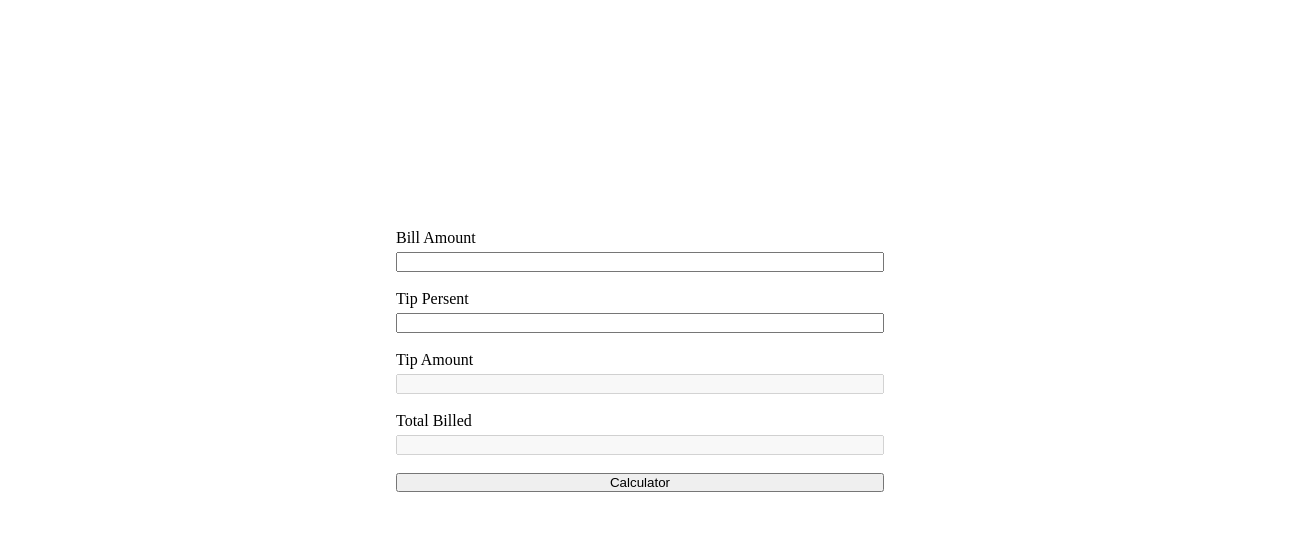
Repository: ZainAkbar51214/Tip-Calculator
Page: index.html
These files come from the project's save history. The page is drawn as it stood at one moment and after the next save; the edit follows.
The browser window is 1280 px wide. The page is 1300 px wide, so the pictures cover 1300 px, including what lies to the right of the window. The pictures show the whole page.
The style sheet was rebuilt from its Sass, Less or Tailwind sources for each picture, by a compiler version that may differ from the author's.

Above is the page before, as saved 2024-03-25 10:06:06.

After the next save:
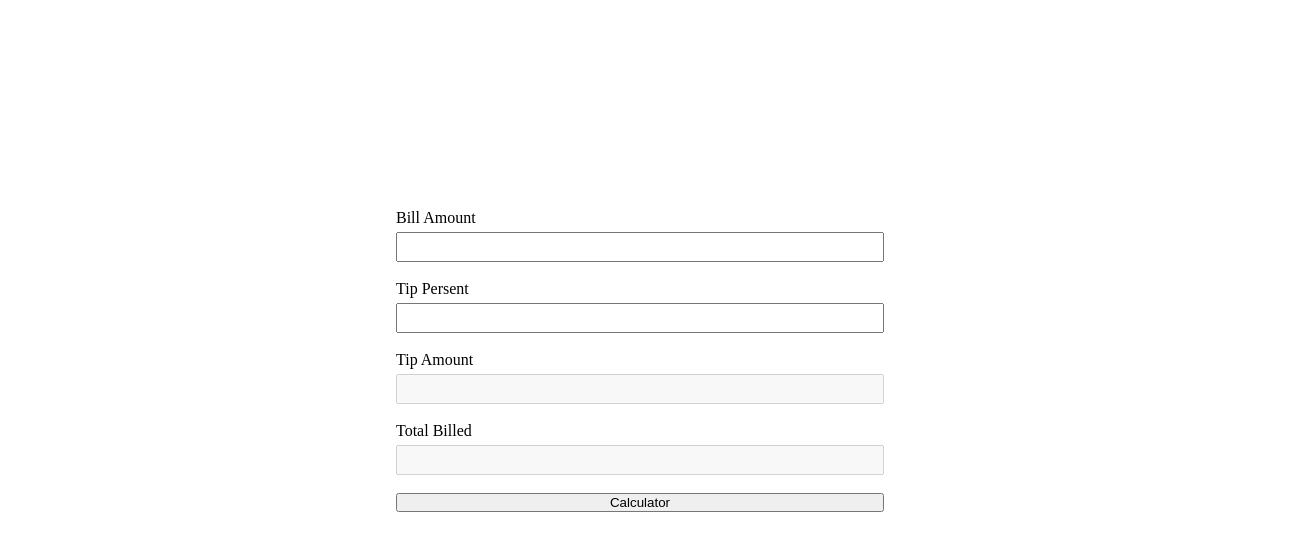
Saved 4 s later.
--- a/css/style.scss
+++ b/css/style.scss
@@ -30,7 +30,7 @@
                 }
 
                 input{
-                    height: 20px;
+                    height: 30px;
                 }
             }
         }
